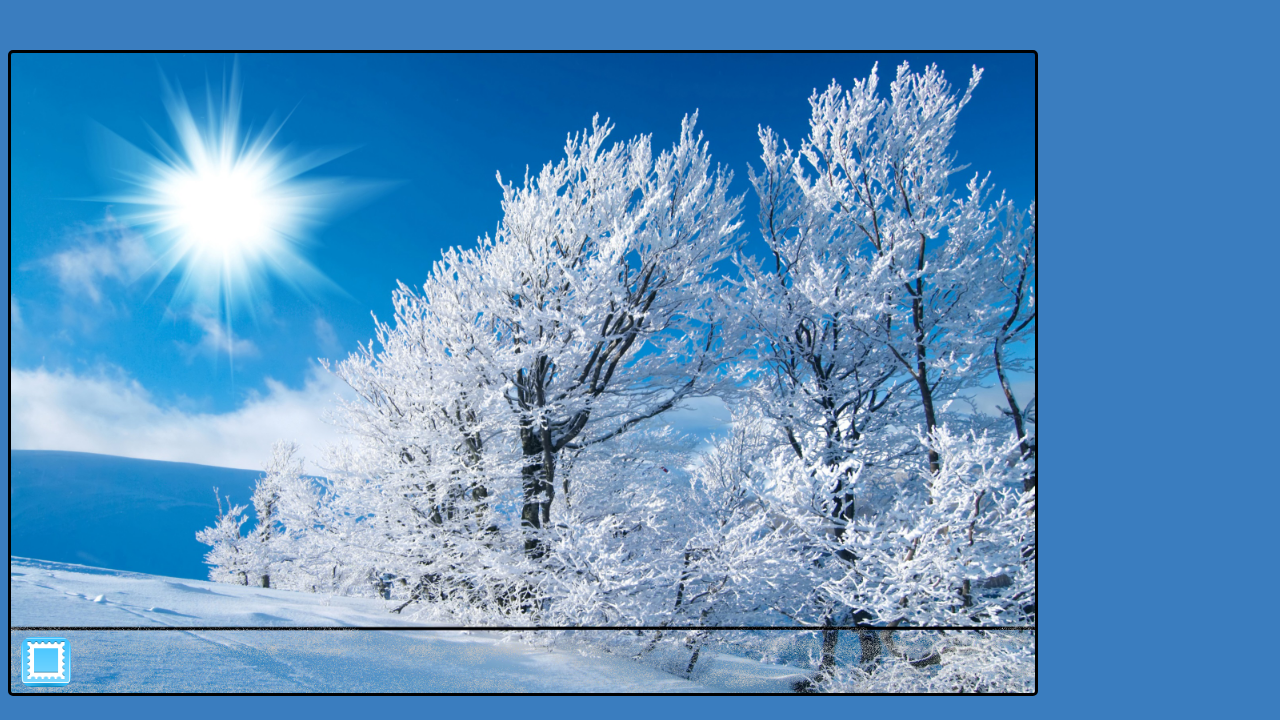
Repository: la222tc/la222tc-1dv403-Laborationer
Page: 5-pwd/index.html
The author's editor kept a record of every edit. The page is drawn from the files as they stood at one moment, then again after the next edit.
The browser window is 1280 px wide. The pictures show the whole page.

Above is the page before.
Console error: TypeError: Cannot read properties of null (reading 'addEventListener')

### 5-pwd/index.html
<!DOCTYPE html>
<html lang="sv">
<head>
	<meta charset="UTF-8" />
 	<title>JavaScript - Laboration 5 - pwd</title>
 	<link rel="stylesheet" href="css/style.css" type="text/css" />
</head>
    <body>

        <div id="window">
            <a href="#"><img id="imagewindow" alt="imagewindow" src="img/imageicon.png"></a>
        </div>
        <div id="windowbar"></div>

        <script type="text/javascript" src="js/quiz.js"></script>
    </body>
</html>

### 5-pwd/css/style.css
body {
    background-color:#3A7DBF;
}
#content{
    width:1024px;
    height:640px;
    margin:auto;
}

#window {
    position: relative;
    width:1024px;
    height:640px;
    background-size:100%;
    background-image:url("../img/winter3.jpg");
    background-repeat:no-repeat;
    margin-top:50px;
    border:3px solid black;
    border-radius:5px;
}

#windowbar {
    background-image:url("../img/winter2.png");
    background-size:100%;
}

#imagewindow {
    position: absolute; left: 0; bottom: 0;
    width:50px;
    height:50px;
    border-radius:10px;
    margin-left:10px;
    margin-bottom:6px;
}

#imagewindow:hover {
    width:60px;
    height:60px;
    margin-left:5px;
    margin-bottom:0px;
}


/* Imagewiewer */

#imageWiewer {
    background-color:#3A7DBF;
    width:300px;
    height:500px;
    border-radius:5px;
    margin-left:50px;
    margin-top:20px;
    -webkit-box-shadow: 0px 0px 30px 8px rgba(0, 146, 249, 1);
    -moz-box-shadow:    0px 0px 30px 8px rgba(0, 146, 249, 1);
    box-shadow:         0px 0px 30px 8px rgba(0, 146, 249, 1);
}

.wiewHeader {
    background-color:#3A57BF;
    width:100%;
    height:45px;
    border-radius:5px 5px 1px 1px;
    -webkit-box-shadow: 0px -3px 30px 8px rgba(219, 208, 215, 0.43);
    -moz-box-shadow:    0px -3px 30px 8px rgba(219, 208, 215, 0.43);
    box-shadow:         0px -3px 30px 8px rgba(219, 208, 215, 0.43);
    float:left;
}

#wiewContent {
    width:100%;
    height:430px;
    float:left;
}

#wiewFooter {
    width:100%;
    height:25px;
    float:left;
    background-color:#3A57BF;
    border-radius:0px 0px 5px 5px;
}

.headerImage {
    width:20px;
    height:20px;
    margin-left:4px;
    margin-top:4px;
    opacity:0.7;
    float:left;
}

.headerText {
    float:left;
    margin-left:5px;
    margin-top:10px;
    color:white;
    font-family:"Courier New", Georgia, Serif;;
    font-size:12px;
}

#headerCloseImage {
    width:20px;
    height:20px;
    float:right;
    opacity:0.7;
    margin-right:4px;
    margin-top:3px;
    -webkit-box-shadow: 0px 0px 30px 8px rgba(0, 146, 249, 0.88);
    -moz-box-shadow:    0px 0px 30px 8px rgba(0, 146, 249, 0.88);
    box-shadow:         0px 0px 30px 8px rgba(0, 146, 249, 0.88);
}

#headerCloseImage:hover {
    opacity:1;
}

#footerImage {
    width:15px;
    height:15px;
    float:left;
    margin-left:5px;
    margin-top:5px;
}

#footerText {
    float:left;
    font-size:12px;
    margin-top:10px;
    margin-left:10px;
}

.images {
    float:left;
    background-color:#3AA5BF;
    margin:5px 5px 5px 5px;
    padding:4px 4px 4px 4px;
    text-align:center;
    border-radius:5px;
}

### 4-thequiz/js/quiz.js
"use strict";

    var quiz = {

    url: "http://vhost3.lnu.se:20080/question/1",
    xhr: new XMLHttpRequest(),
    div: document.getElementById("content"),
    answer: document.getElementById("answer"),
    submit: document.getElementById("button"),
    wrongAnswer: document.getElementById("wrongAnswer"),
    textBox: document.getElementById("answer"),
    pers: null,
    numberOfTries: 0,
    array: [],

    init: function () {

        quiz.submit.addEventListener("click", function (e) {
            e.preventDefault();
            quiz.sendQuestion(quiz.answer.value, quiz.pers.nextURL);
        });

        quiz.textBox.addEventListener("keypress", function (e) {
            console.log(e.keycode);
            if (e.keycode === 13) {
            e.preventDefault();
            quiz.sendQuestion(quiz.answer.value, quiz.pers.nextURL);
            }
        });

        quiz.displayQuestion(quiz.url);
    },

    displayQuestion: function (url) {
        quiz.wrongAnswer.innerHTML = "";
        quiz.xhr.onreadystatechange = function(){

           if (quiz.xhr.readyState === 4) {
               if (quiz.xhr.status == 200 || quiz.xhr.status == 304) {

                    quiz.pers = JSON.parse(quiz.xhr.responseText);
                    console.log(quiz.pers.question);
                    var p = document.getElementById("Question");
                    p.innerHTML = quiz.pers.question;

               }


           }
       };

        quiz.xhr.open("GET", url, true);
        quiz.xhr.send(null);
    },

    sendQuestion: function (answer, url) {

        var xhr2 = new XMLHttpRequest();


        xhr2.onreadystatechange = function(){

           if (xhr2.readyState === 4) {
               var pers = JSON.parse(xhr2.responseText);
               console.log(pers);

               if (pers.message === "Correct answer!") {
                    quiz.displayQuestion(pers.nextURL);
                    quiz.array.push(quiz.numberOfTries);
                    quiz.numberOfTries = 0;

                   if (pers.nextURL === undefined) {
                       quiz.wrongAnswer.innerHTML = "Quizen avklarad";
                       quiz.showResult();
                   }
               }

               else {
                   quiz.wrongAnswer.innerHTML = "Fel Svar, försök igen";
                   quiz.numberOfTries += 1;
               }

           }
       };

        xhr2.open('POST', url, true);
        xhr2.setRequestHeader('Content-Type', 'application/json');

        var theAnswer = {answer: answer};
        console.log(theAnswer);

        xhr2.send(JSON.stringify(theAnswer));

    },

    showResult: function () {


        for (var i = 1; i < quiz.array.length + 1; i++) {
            var result = document.createElement("p");
            quiz.div.appendChild(result);
            result.innerHTML = "Fråga " + i + " behövde du " + quiz.array[i - 1] + " försök att klara.";
        }
    }

};

window.onload = quiz.init;

After the next edit:
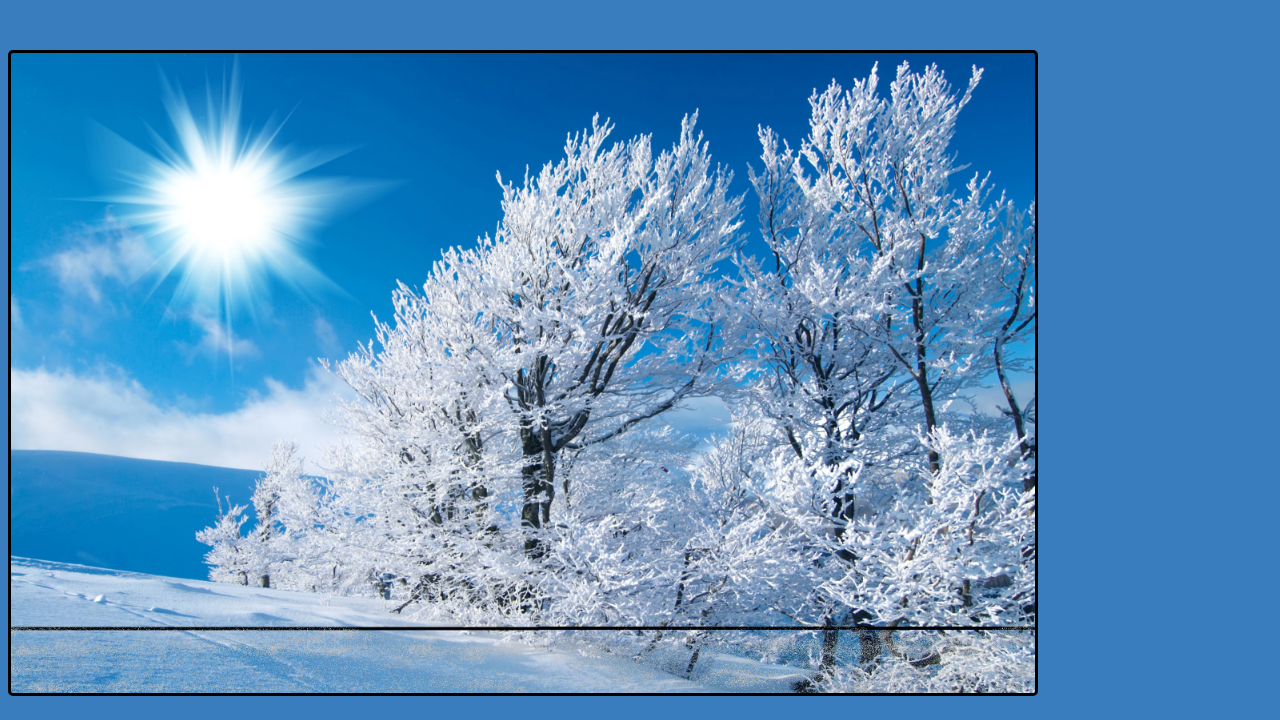
The edit:
--- a/5-pwd/index.html
+++ b/5-pwd/index.html
@@ -8,7 +8,7 @@
     <body>
 
         <div id="window">
-            <a href="#"><img id="imagewindow" alt="imagewindow" src="img/imageicon.png"></a>
+
         </div>
         <div id="windowbar"></div>
 
